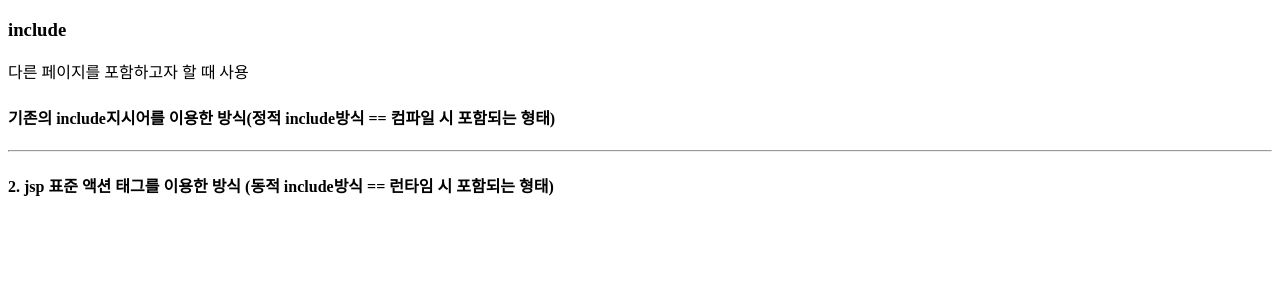
Repository: judeyong/myWebWorkSpace2
Page: http://localhost/Action_Project/views/StandardAction/01_include.jsp
The author's editor kept a copy of each file at every save. The page is drawn from the files as they stood at one save, then again after the next save.
The browser window is 1280 px wide. The pictures show the whole page.
The page is served by Tomcat 9. Other server files are loaded and not shown.

Above is the page before, as saved 2024-04-03 03:26:51.

### Action_Project/WebContent/views/StandardAction/01_include.jsp
<%@ page language="java" contentType="text/html; charset=UTF-8"
    pageEncoding="UTF-8"%>
<!DOCTYPE html>
<html>
<head>
<meta charset="UTF-8">
<title>Insert title here</title>
</head>
<body>

	<h3>include</h3>

	<p>
		다른 페이지를 포함하고자 할 때 사용
	</p>

	<h4>기존의 include지시어를 이용한 방식(정적 include방식 == 컴파일 시 포함되는 형태)</h4>
	<%--
	<%@ include file="footer.jsp" %>
	<br><br>

	특징 : include하고 있는 페이지상에 선언되어있는 변수를 현재 페이지에서도 사용이 가능

	include한 페이지 year값 : <%= year %><br><br>

	단점이 될 수도 있음
	현재 이 페이지에서 동일한 이름의 변수를 선언할 수 없음 <br><br>
	<%
		String year = "222";
	%>
	--%>

	<hr>

	<h4>2. jsp 표준 액션 태그를 이용한 방식 (동적 include방식 == 런타임 시 포함되는 형태)</h4>

	<jsp:include page=""></jsp:include>






























</body>
</html>

### Action_Project/WebContent/views/StandardAction/footer.jsp
<%@ page language="java" contentType="text/html; charset=UTF-8"
    pageEncoding="UTF-8"%>
    <%@ page import="java.text.SimpleDateFormat, java.util.Date" %>
<!DOCTYPE html>
<html>
<head>
<meta charset="UTF-8">
<title>나는 푸터야</title>
</head>
<body>
	<%
		// Date date = new Date();
		// 오늘 날짜
		// 오늘 날짜 기준으로 년도만 뽑아서 채워넣어야함
		// => SimpleDateFormat
		String year = new SimpleDateFormat("yyyy").format(new Date());
	%>

	Copyright © 1998-<%= year %> KH Information Educational Institute All Right Reserved

	<br>

</body>
</html>

After the next save:
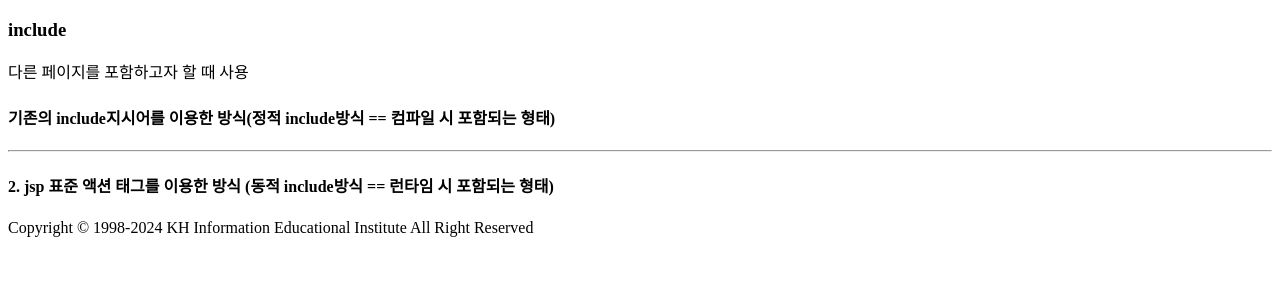
Saved 15 s later.
--- a/Action_Project/WebContent/views/StandardAction/01_include.jsp
+++ b/Action_Project/WebContent/views/StandardAction/01_include.jsp
@@ -34,7 +34,7 @@
 
 	<h4>2. jsp 표준 액션 태그를 이용한 방식 (동적 include방식 == 런타임 시 포함되는 형태)</h4>
 
-	<jsp:include page=""></jsp:include>
+	<jsp:include page="footer.jsp"></jsp:include>
 
 
 
